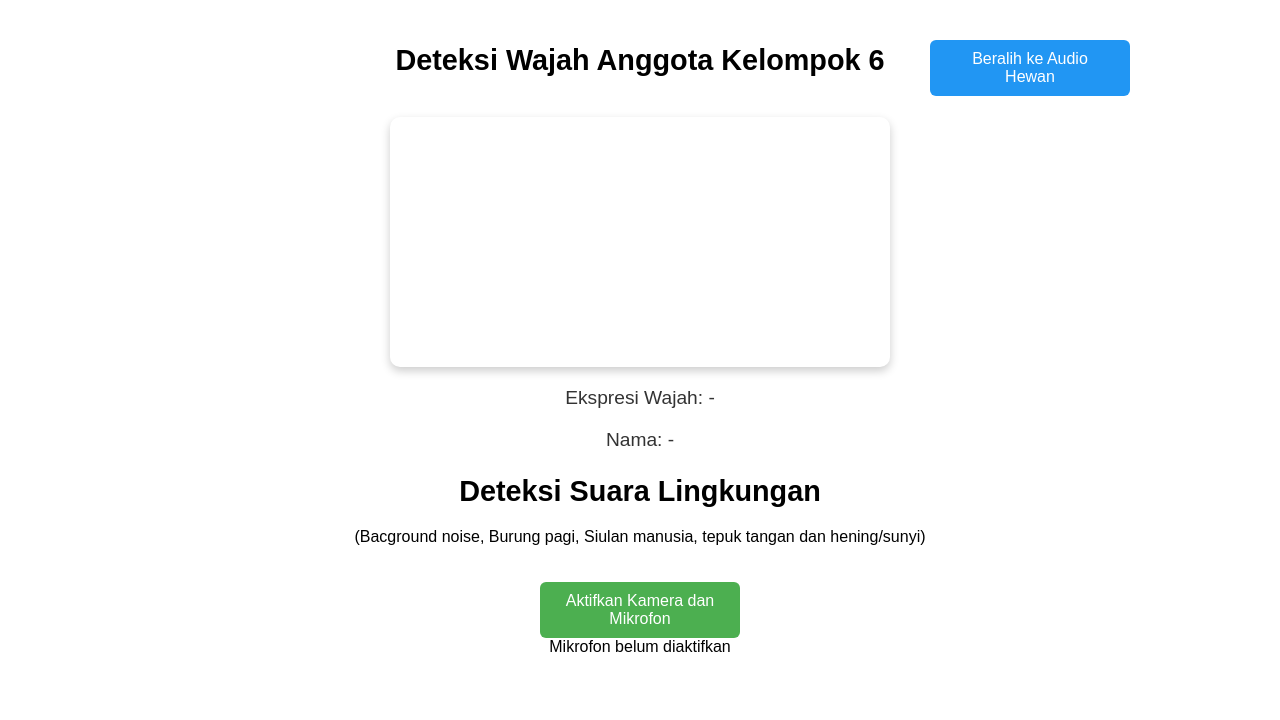
Repository: RalfyBawinto/working-teachable-machine
Page: index.html
An editor plug-in stored every save of this project. The page is shown before and after the next save, followed by the edit.
The browser window is 1280 px wide. The pictures show the whole page.

Above is the page before, as saved 2025-04-22 20:42:20.

### index.html
<!DOCTYPE html>
<html lang="id">
  <head>
    <meta charset="UTF-8" />
    <meta name="viewport" content="width=device-width, initial-scale=1.0" />
    <title>Deteksi Wajah dan Suara</title>
    <link rel="stylesheet" href="styles.css" />
  </head>

  <body>
    <h2>Deteksi Wajah Anggota Kelompok 6</h2>

    <!-- Video untuk deteksi wajah -->
    <div id="video-container">
      <video id="video" autoplay muted playsinline></video>
      <canvas
        id="canvas"
        width="400"
        height="300"
        style="display: none"
      ></canvas>
      <div class="output" id="face-output">Ekspresi Wajah: -</div>
      <div class="output" id="name-output">Nama: -</div>
    </div>

    <h2>Deteksi Suara Lingkungan</h2>
    <p>
      (Bacground noise, Burung pagi, Siulan manusia, tepuk tangan dan
      hening/sunyi)
    </p>

    <!-- Kontrol deteksi suara -->
    <button onclick="aktifkanDeteksi()">Aktifkan Kamera dan Mikrofon</button>
    <div id="status">Mikrofon belum diaktifkan</div>
    <div id="label-container"></div>

    <!-- Tombol untuk beralih ke audio-hewan.html -->
    <button
      id="switch-button"
      onclick="window.location.href='audio-hewan.html'"
    >
      Beralih ke Audio Hewan
    </button>

    <!-- TensorFlow.js -->
    <script src="https://cdn.jsdelivr.net/npm/@tensorflow/tfjs@3.21.0/dist/tf.min.js"></script>
    <script src="https://cdn.jsdelivr.net/npm/@teachablemachine/image@0.8/dist/teachablemachine-image.min.js"></script>
    <script src="https://cdn.jsdelivr.net/npm/@tensorflow-models/speech-commands@0.4.0/dist/speech-commands.min.js"></script>

    <script type="text/javascript">
      const faceModelURL =
        "https://teachablemachine.withgoogle.com/models/oTtv--EQC/";
      const nameModelURL =
        "https://teachablemachine.withgoogle.com/models/1E0LcWWmy/";
      const URL = "https://teachablemachine.withgoogle.com/models/r1dg1ZGh5/";

      let faceModel, nameModel, recognizer;
      let video, canvas, ctx;

      async function createModel() {
        const checkpointURL = URL + "model.json";
        const metadataURL = URL + "metadata.json";

        recognizer = speechCommands.create(
          "BROWSER_FFT",
          undefined,
          checkpointURL,
          metadataURL
        );
        await recognizer.ensureModelLoaded();
      }

      async function startFaceDetection() {
        video = document.getElementById("video");
        canvas = document.getElementById("canvas");
        ctx = canvas.getContext("2d");

        try {
          // Memuat model wajah dan nama
          faceModel = await tmImage.load(
            faceModelURL + "model.json",
            faceModelURL + "metadata.json"
          );
          nameModel = await tmImage.load(
            nameModelURL + "model.json",
            nameModelURL + "metadata.json"
          );

          // Akses kamera
          const stream = await navigator.mediaDevices.getUserMedia({
            video: { facingMode: "user" },
            audio: false,
          });

          video.srcObject = stream;
          video.onloadedmetadata = () => {
            video.play();
            requestAnimationFrame(loop);
          };
        } catch (err) {
          console.error("Error:", err);
          alert("Gagal mengakses kamera.");
        }
      }

      async function loop() {
        ctx.drawImage(video, 0, 0, canvas.width, canvas.height);
        await predictFace();
        setTimeout(() => {
          requestAnimationFrame(loop);
        }, 800); // Delay 800ms antar prediksi agar tidak terlalu cepat
      }

      async function predictFace() {
        const prediction = await faceModel.predict(canvas);
        const highest1 = prediction.reduce(
          (max, p) => (p.probability > max.probability ? p : max),
          { probability: 0 }
        );
        document.getElementById("face-output").innerText = `Ekspresi Wajah: ${
          highest1.className
        } (${(highest1.probability * 100).toFixed(1)}%)`;

        const prediction3 = await nameModel.predict(canvas);
        const highest3 = prediction3.reduce(
          (max, p) => (p.probability > max.probability ? p : max),
          { probability: 0 }
        );

        // Daftar anggota kelompok 6
        const anggotaKelompok6 = [
          "Risky Imbat",
          "Felygio Tumiwa",
          "Jeremy Pongdatu",
          "Ralfy Bawinto",
          "Muhammad Luhung",
        ];

        // Ambang batas kepercayaan (misalnya 80%)
        const threshold = 0.8;

        // Cek apakah hasil terdeteksi termasuk anggota kelompok
        if (
          highest3.probability >= threshold &&
          anggotaKelompok6.includes(highest3.className)
        ) {
          document.getElementById("name-output").innerText = `Nama (Wajah): ${
            highest3.className
          } (${(highest3.probability * 100).toFixed(1)}%)`;
        } else {
          document.getElementById("name-output").innerText =
            "Nama (Wajah): Bukan anggota kelompok 6";
        }
      }

      async function aktifkanDeteksi() {
        try {
          const stream = await navigator.mediaDevices.getUserMedia({
            audio: true,
          });
          document.getElementById("status").textContent = "Mikrofon aktif 🎤";

          // Setelah mikrofon aktif, muat model suara
          await createModel();
          const classLabels = recognizer.wordLabels();

          // Menampilkan label kategori suara
          const labelContainer = document.getElementById("label-container");
          labelContainer.innerHTML = ""; // Clear previous results

          // Mulai mendeteksi suara
          recognizer.listen(
            (result) => {
              const scores = result.scores;

              // Temukan nilai tertinggi
              let maxScore = -1;
              let maxLabel = "";
              for (let i = 0; i < scores.length; i++) {
                if (scores[i] > maxScore) {
                  maxScore = scores[i];
                  maxLabel = classLabels[i];
                }
              }

              // Konversi skor tertinggi menjadi persentase
              const percentage = (maxScore * 100).toFixed(2);

              // Tampilkan hanya kategori dengan nilai tertinggi
              labelContainer.innerHTML = `${maxLabel}: ${percentage}%`;
            },
            {
              includeSpectrogram: true,
              probabilityThreshold: 0.75,
              invokeCallbackOnNoiseAndUnknown: true,
              overlapFactor: 0.5,
            }
          );

          // Mulai deteksi wajah
          startFaceDetection();
        } catch (err) {
          console.error("Gagal mengakses mikrofon:", err);
          document.getElementById("status").textContent =
            "Gagal mengakses mikrofon ❌";
        }
      }
    </script>
  </body>
</html>

### styles.css
/* ===== GLOBAL STYLES ===== */
body {
  font-family: Arial, sans-serif;
  text-align: center;
  padding: 20px;
  margin: 0;
}

h2 {
  font-size: 1.8rem;
  margin-bottom: 20px;
}

/* ===== DEFAULT BUTTON STYLE ===== */
button {
  margin-top: 20px;
  padding: 10px 20px;
  font-size: 16px;
  background-color: #4caf50;
  color: white;
  border: none;
  border-radius: 6px;
  cursor: pointer;
  width: 100%;
  max-width: 200px;
  transition: background-color 0.3s ease;
}

button:hover {
  background-color: #45a049;
}

/* ===== NAVIGATION BUTTONS (KEMBALI & LANJUT) ===== */
#back-button,
#next-button {
  position: absolute;
  top: 20px;
  padding: 10px 20px;
  font-size: 16px;
  border: none;
  border-radius: 6px;
  color: white;
  background-color: #2196f3;
  cursor: pointer;
  transition: background-color 0.3s ease;
}

#back-button {
  left: 20px;
}

#next-button {
  right: 20px;
}

#back-button:hover,
#next-button:hover {
  background-color: #0b7dda;
}

/* ===== SWITCH BUTTON (TOP-RIGHT CORNER) ===== */
#switch-button {
  background-color: #2196f3;
  color: white;
  position: absolute;
  top: 20px;
  right: 20px;
  padding: 10px 20px;
  font-size: 16px;
  border: none;
  border-radius: 6px;
  cursor: pointer;
  transition: background-color 0.3s ease;
}

/* Agar tidak bertabrakan dengan #next-button */
@media (min-width: 769px) {
  #switch-button {
    right: 150px;
  }
}

#switch-button:hover {
  background-color: #0b7dda;
}

/* ===== AUDIO-HEWAN STYLES ===== */
#audio-container {
  margin-top: 100px;
  display: flex;
  flex-direction: column;
  align-items: center;
}

#output {
  font-size: 1.5rem;
  margin-top: 30px;
  color: green;
}

#mic-status {
  margin-top: 10px;
  font-size: 1.2rem;
  color: blue;
  font-weight: bold;
}

/* ===== RESPONSIVENESS ===== */

/* Tablet (≤768px) */
@media (max-width: 768px) {
  h2 {
    font-size: 1.5rem;
  }

  #output {
    font-size: 1.3rem;
  }

  #mic-status {
    font-size: 1.1rem;
  }

  #back-button,
  #next-button,
  #switch-button {
    position: static;
    width: 100%;
    margin: 10px 0;
  }
}

/* Mobile (≤480px) */
@media (max-width: 480px) {
  h2 {
    font-size: 1.3rem;
  }

  button,
  #back-button,
  #next-button,
  #switch-button {
    font-size: 14px;
    padding: 10px 16px;
  }

  #output {
    font-size: 1.2rem;
  }

  #mic-status {
    font-size: 1rem;
  }
}

/* ===== VIDEO & CANVAS STYLES ===== */
#video {
  width: 100%;
  max-width: 500px;
  height: auto;
  border-radius: 10px;
  box-shadow: 0 4px 10px rgba(0, 0, 0, 0.2);
  margin: 0 auto;
}

#canvas {
  display: none;
}

.output {
  margin-top: 20px;
  font-size: 1.2rem;
  color: #333;
}

/* Container to center elements */
#video-container {
  margin-top: 40px;
  display: flex;
  flex-direction: column;
  align-items: center;
}

@media screen and (orientation: landscape) and (max-width: 768px) {
  #video {
    max-width: 100vw;
    height: auto;
  }
}

After the next save:
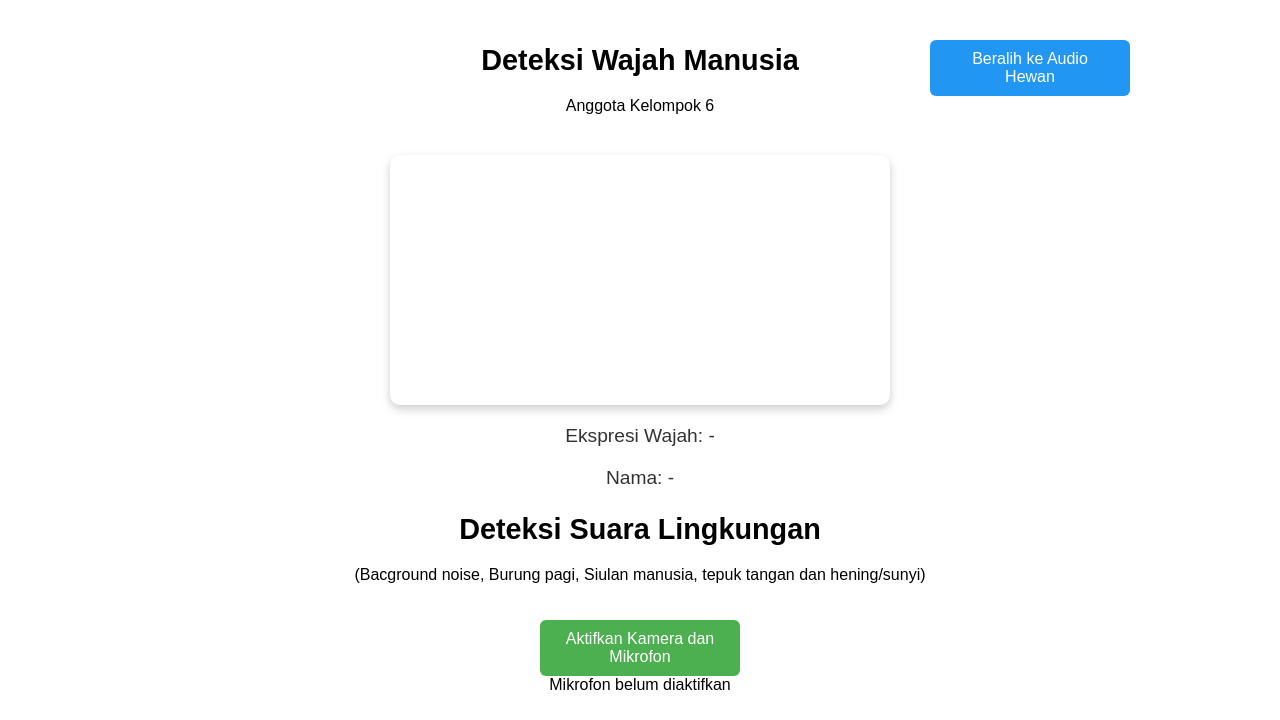
Saved 31 s later.
--- a/index.html
+++ b/index.html
@@ -8,7 +8,8 @@
   </head>
 
   <body>
-    <h2>Deteksi Wajah Anggota Kelompok 6</h2>
+    <h2>Deteksi Wajah Manusia</h2>
+    <p>Anggota Kelompok 6</p>
 
     <!-- Video untuk deteksi wajah -->
     <div id="video-container">
